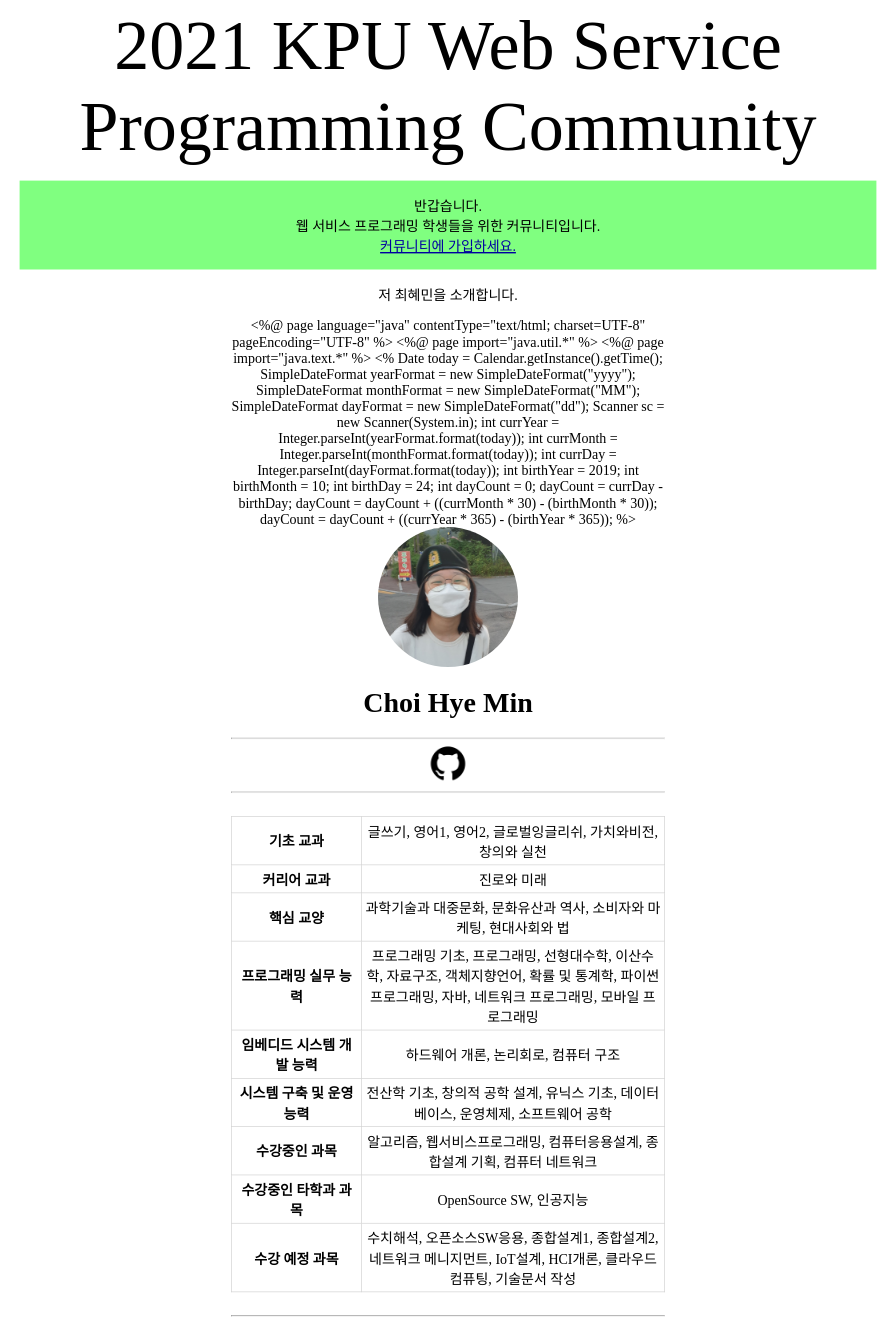
Repository: papav-hub/Web_Study
Page: ChoiHyeMin_reg/src/main/webapp/welcome.html
These files come from the project's save history. The page is drawn as it stood at one moment and after the next save; the edit follows.
The browser window is 1280 px wide. The pictures show the part of the page from y = 0 to 1920 px (the page is 2650 px tall before and 720 px after), at 70% of full size.
A picture or video elsewhere on the page could not be fetched, so the positions and the page height are approximate. Some web fonts or font styles are not loaded; a fallback is used.

Above is the page before, as saved 2021-10-04 07:20:41.

After the next save:
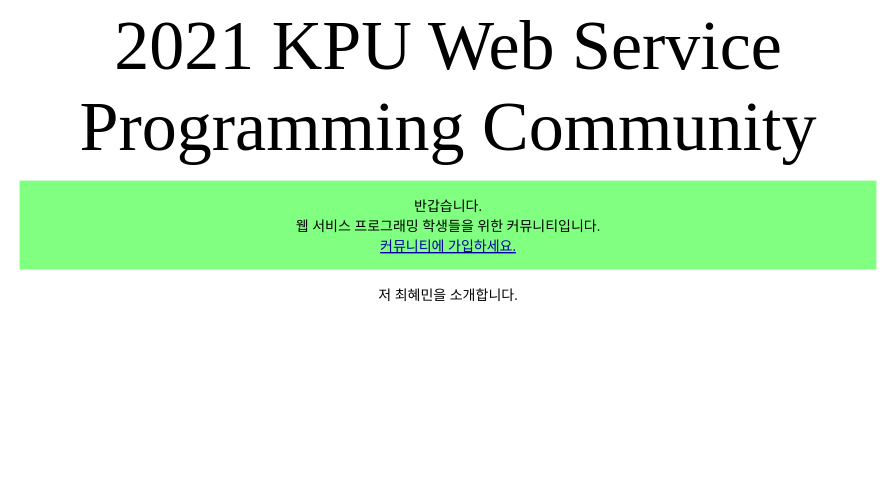
Saved 3 min 20 s later.
--- a/ChoiHyeMin_reg/src/main/webapp/welcome.html
+++ b/ChoiHyeMin_reg/src/main/webapp/welcome.html
@@ -1,13 +1,5 @@
 <!DOCTYPE html>
 <html>
-
-	<script src="https://code.jquery.com/jquery-3.4.1.min.js"></script>
-	<script type="text/javascript">
-      $(document).ready(function(){
-         $("#include").load("introduce.jsp")
-      });
-	</script>
-
 <head>
 	<meta charset="UTF-8">
 	<title>Web Service ProgrammingHomework</title>
@@ -29,7 +21,6 @@
 
 	<div>
 		<p> 저 최혜민을 소개합니다. </p>
-		<div id="include"></div>
 	</div>
 </body>
 </html>
